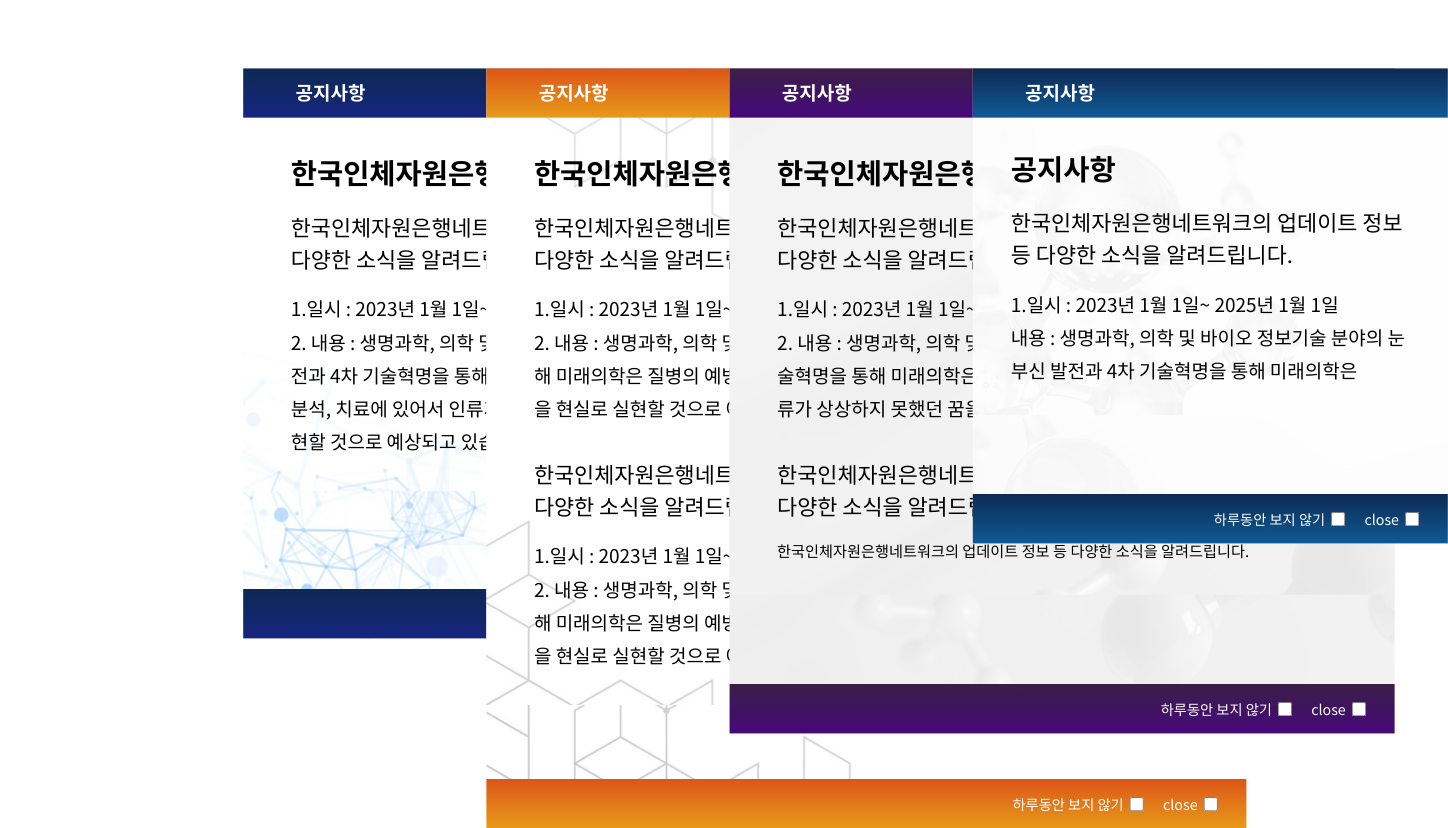
Repository: dlgywls1130/common_popup
Page: index.html
An editor plug-in stored every save of this project. The page is shown before and after the next save, followed by the edit.
The browser window is 1280 px wide. The page is 1524 px wide, then 1280 px, so the pictures cover 1524 px, including what lies to the right of the window. The pictures show the whole page, at 95% of full size.

Above is the page before, as saved 2023-10-26 00:48:21.

### index.html
<!DOCTYPE html>
<html lang="en">
<head>
    <meta charset="UTF-8">
    <meta name="viewport" content="width=device-width, initial-scale=1.0">
    <title>Document</title>

    <link rel="stylesheet" href="./style.css">
</head>
<body>

    <!-- 첫번째 팝업 -->
    <div class="common_modal blue">
        <div class="common_head ">
            공지사항
        </div>
        <div class="common_body">
            <h2 class="common_body_head">
                한국인체자원은행네트워크 공지사항
            </h2>
            <div class="common_body_span">
                한국인체자원은행네트워크의 업데이트 정보 등
                <br>다양한 소식을 알려드립니다.
            </div>
            <div class="common_body_descript">
                <p>1.일시 : 2023년 1월 1일~ 2025년 1월 1일</p>
                <p>2. 내용 : 생명과학, 의학 및 바이오 정보기술 분야의 눈부신
                발전과 4차 기술혁명을 통해 미래의학은 질병의 예방, 진단,
                예후분석, 치료에 있어서 인류가 상상하지 못했던 꿈을 현실로
                실현할 것으로 예상되고 있습니다.</p>
            </div>
        </div>
        <div class="common_footer">
            <div class="day_off">
                <label for="all-none">하루동안 보지 않기</label>
                <input id="all-none" type="checkbox">
            </div>
            <div class="day_close">
                <label for="closechk">close</label>
                <input id="closechk" type="checkbox">
            </div>
        </div>
    </div>

    <!-- 두번째 팝업 -->
    <div class="common_modal orange">
        <div class="common_head">
            공지사항
        </div>
        <div class="common_body">
            <h2 class="common_body_head">
                한국인체자원은행네트워크 공지사항
            </h2>
            <div class="common_body_span">
                한국인체자원은행네트워크의 업데이트 정보 등
                <br>다양한 소식을 알려드립니다.
            </div>
            <div class="common_body_descript mb-34">
                <p>1.일시 : 2023년 1월 1일~ 2025년 1월 1일</p>
                <p>2. 내용 : 생명과학, 의학 및 바이오 정보기술 분야의 눈부신
                발전과 4차 기술혁명을 통해 미래의학은 질병의 예방, 진단,
                예후분석, 치료에 있어서 인류가 상상하지 못했던 꿈을 현실로
                실현할 것으로 예상되고 있습니다.</p>
            </div>
            <div class="common_body_span">
                한국인체자원은행네트워크의 업데이트 정보 등
                <br>다양한 소식을 알려드립니다.
            </div>
            <div class="common_body_descript">
                <p>1.일시 : 2023년 1월 1일~ 2025년 1월 1일</p>
                <p>2. 내용 : 생명과학, 의학 및 바이오 정보기술 분야의 눈부신
                발전과 4차 기술혁명을 통해 미래의학은 질병의 예방, 진단,
                예후분석, 치료에 있어서 인류가 상상하지 못했던 꿈을 현실로
                실현할 것으로 예상되고 있습니다.</p>
            </div>
        </div>
        <div class="common_footer">
            <div class="day_off">
                <label for="all-none">하루동안 보지 않기</label>
                <input id="all-none" type="checkbox">
            </div>
            <div class="day_close">
                <label for="closechk">close</label>
                <input id="closechk" type="checkbox">
            </div>
        </div>
    </div>

    <!-- 세번째팝업 -->
    <div class="common_modal purple">
        <div class="common_head">
            공지사항
        </div>
        <div class="common_body">
            <h2 class="common_body_head">
                한국인체자원은행네트워크 공지사항
            </h2>
            <div class="common_body_span">
                한국인체자원은행네트워크의 업데이트 정보 등
                <br>다양한 소식을 알려드립니다.
            </div>
            <div class="common_body_descript mb-34">
                <p>1.일시 : 2023년 1월 1일~ 2025년 1월 1일</p>
                <p>2. 내용 : 생명과학, 의학 및 바이오 정보기술 분야의 눈부신
                발전과 4차 기술혁명을 통해 미래의학은 질병의 예방, 진단,
                예후분석, 치료에 있어서 인류가 상상하지 못했던 꿈을 현실로
                실현할 것으로 예상되고 있습니다.</p>
            </div>
            <div class="common_body_span">
                한국인체자원은행네트워크의 업데이트 정보 등
                <br>다양한 소식을 알려드립니다.
            </div>
            <p>한국인체자원은행네트워크의 업데이트 정보 등 다양한 소식을
                알려드립니다.</p>
        </div>
        <div class="common_footer">
            <div class="day_off">
                <label for="all-none">하루동안 보지 않기</label>
                <input id="all-none" type="checkbox">
            </div>
            <div class="day_close">
                <label for="closechk">close</label>
                <input id="closechk" type="checkbox">
            </div>
        </div>
    </div>

    <!-- 네번째 팝업 -->
    <div class="common_modal sky">
        <div class="common_head">
            공지사항
        </div>
        <div class="common_body">
            <h2 class="common_body_head">
                공지사항
            </h2>
            <div class="common_body_span mb-34">
                한국인체자원은행네트워크의 업데이트 정보 등
                다양한 소식을 알려드립니다.
            </div>
            <div class="common_body_descript">
                <p>1.일시 : 2023년 1월 1일~ 2025년 1월 1일</p>
                <p>내용 : 생명과학, 의학 및 바이오 정보기술 분야의
                    눈부신 발전과 4차 기술혁명을 통해 미래의학은</p>
            </div>
        </div>
        <div class="common_footer">
            <div class="day_off">
                <label for="all-none">하루동안 보지 않기</label>
                <input id="all-none" type="checkbox">
            </div>
            <div class="day_close">
                <label for="closechk">close</label>
                <input id="closechk" type="checkbox">
            </div>
        </div>
    </div>
</body>

<script src="main.js"></script>
</html>

### style.css


@import url('https://fonts.googleapis.com/css2?family=Noto+Sans+KR:wght@300;400;500;700&display=swap');

html, body, div, span, applet, object, iframe,
h1, h2, h3, h4, h5, h6, p, blockquote, pre,
a, abbr, acronym, address, big, cite, code,
del, dfn, em, img, ins, kbd, q, s, samp,
small, strike, strong, sub, sup, tt, var,
b, u, i, center,
dl, dt, dd, ol, ul, li,
fieldset, form, label, legend,
table, caption, tbody, tfoot, thead, tr, th, td,
article, aside, canvas, details, embed,
figure, figcaption, footer, header, hgroup,
menu, nav, output, ruby, section, summary,
time, mark, audio, video {
	margin: 0;
	padding: 0;
	border: 0;
	font-size: 100%;
	font: inherit;
	vertical-align: baseline;
}

.mb-34{margin-bottom: 34px;}

/* common modal */

.common_modal{
    font-family: 'Noto Sans KR', sans-serif;
    position: relative;
    display: block;

    position: absolute;
    top: 10%;
}

.common_modal .common_head{
    height: 52px;
    color: #fff;
    width: 100%;
    text-align: left;
    font-size: 20px;
    font-weight: 700;
    padding: 10px 55px;
    box-sizing: border-box;
}

.common_modal.blue {
    width: 600px;
    height: 600px;
    background: url('../img/bg1.jpg')no-repeat;
    background-size: cover;
    left: 20%;
}

.common_modal.orange {
    width: 800px;
    height: 800px;
    background: url('../img/bg2.jpg')no-repeat;
    background-size: cover;
    left: 40%;
}

.common_modal.purple {
    width: 700px;
    height: 700px;
    background: url('../img/bg3.jpg')no-repeat;
    background-size: cover;
    left: 60%;
}

.common_modal.sky {
    width: 500px;
    height: 500px;
    background: url('../img/bg4.jpg')no-repeat;
    background-size: cover;
    left: 80%;
}

.common_modal.blue .common_body{
    background: url('../img/bg1.jpg')no-repeat;
    background-size: cover;
    width: 100%;
    padding: 35px 50px;
    box-sizing: border-box;
}

.common_modal.orange .common_body{
    background: url('../img/bg2.jpg')no-repeat;
    background-size: cover;
    width: 100%;
    padding: 35px 50px;
    box-sizing: border-box;
}

.common_modal.purple .common_body{
    background: url('../img/bg3.jpg')no-repeat;
    background-size: cover;
    width: 100%;
    padding: 35px 50px;
    box-sizing: border-box;
}

.common_modal.sky .common_body{
    background: url('../img/bg4.jpg')no-repeat;
    background-size: cover;
    width: 100%;
    padding: 30px 40px;
    box-sizing: border-box;
}

.common_footer{
    position: absolute;
    bottom: 0;
    left: 0;
    width: 100%;
    height: 52px;
    display: flex;
    align-items: center;
    justify-content: flex-end;
    padding: 20px 30px;
    box-sizing: border-box;
}

.common_footer .day_off label,
.common_footer .day_close label{
    color: #fff;
    font-size: 15px;
    font-weight: 300;
    margin-right: 0.4rem;

}

.common_footer .day_off{
    margin-right: 20px;
    display: flex;
    align-items: center;
}

.common_footer .day_close {
    display: flex;
    align-items: center;
}

.common_footer input[type="checkbox" i] {
    width: 15px;
    height: 15px;
    background-color: #fff;
    border: none;
    margin: 0;
}

.common_modal.blue .common_head,
.common_modal.blue .common_footer
{
    background: linear-gradient(180deg, rgba(13,41,83,1) 0%, rgba(22,37,128,1) 100%);
}

.common_modal.orange .common_head,
.common_modal.orange .common_footer
{
    background: linear-gradient(180deg, rgba(221,85,25,1) 0%, rgba(230,155,24,1) 100%);
}

.common_modal.purple .common_head,
.common_modal.purple .common_footer
{
    background: linear-gradient(180deg, rgba(59,31,71,1) 0%, rgba(69,8,123,1) 100%);
}

.common_modal.sky .common_head,
.common_modal.sky .common_footer
{
    background: linear-gradient(180deg, rgba(13,41,83,1) 0%, rgba(15,91,149,1) 100%);
}


.common_body_head{
    font-size: 30px;
    font-weight: 700;
    margin-bottom: 18px;
}

.common_body_span{
    font-size: 23px;
    font-weight: 500;
    margin-bottom: 18px;
    line-height: 34px;
}

.common_body_descript p{
    font-size: 20px;
    line-height: 35px;
    font-weight: 300;
}

### main.js
// 팝업 닫기 기능
document.querySelectorAll('.day_close input').forEach((closeBtn, index) => {
    closeBtn.addEventListener('change', function() {
        if (this.checked) {
            this.closest('.common_modal').style.display = 'none';
            this.checked = false; // 체크를 해제합니다.
            sessionStorage.removeItem('hideModal' + index); // 해당 팝업의 세션스토리지 정보를 삭제합니다.
        }
    });
});

// 쿠키 설정 함수
function setCookie(name, value, hours) {
    let date = new Date();
    date.setTime(date.getTime() + (hours*60*60*1000));
    let expires = "expires="+date.toUTCString();
    document.cookie = name + "=" + value + ";" + expires + ";path=/";
}

// 쿠키 가져오기 함수
function getCookie(name) {
    let cookieArray = document.cookie.split(';');
    for(let i = 0; i < cookieArray.length; i++) {
        let cookie = cookieArray[i].trim();
        if (cookie.indexOf(name) == 0) {
            return cookie.substring(name.length + 1, cookie.length);
        }
    }
    return "";
}

document.querySelectorAll('.day_off input').forEach((dayOffBtn, index) => {
    dayOffBtn.addEventListener('change', function() {
        if (this.checked) {
            setCookie('hideModal' + index, 'true', 24); // 24시간 동안 쿠키 설정
            this.closest('.common_modal').style.display = 'none';
        }
    });

    if (getCookie('hideModal' + index) === 'true') {
        dayOffBtn.closest('.common_modal').style.display = 'none';
    } else {
        dayOffBtn.closest('.common_modal').style.display = 'block';
    }
});

After the next save:
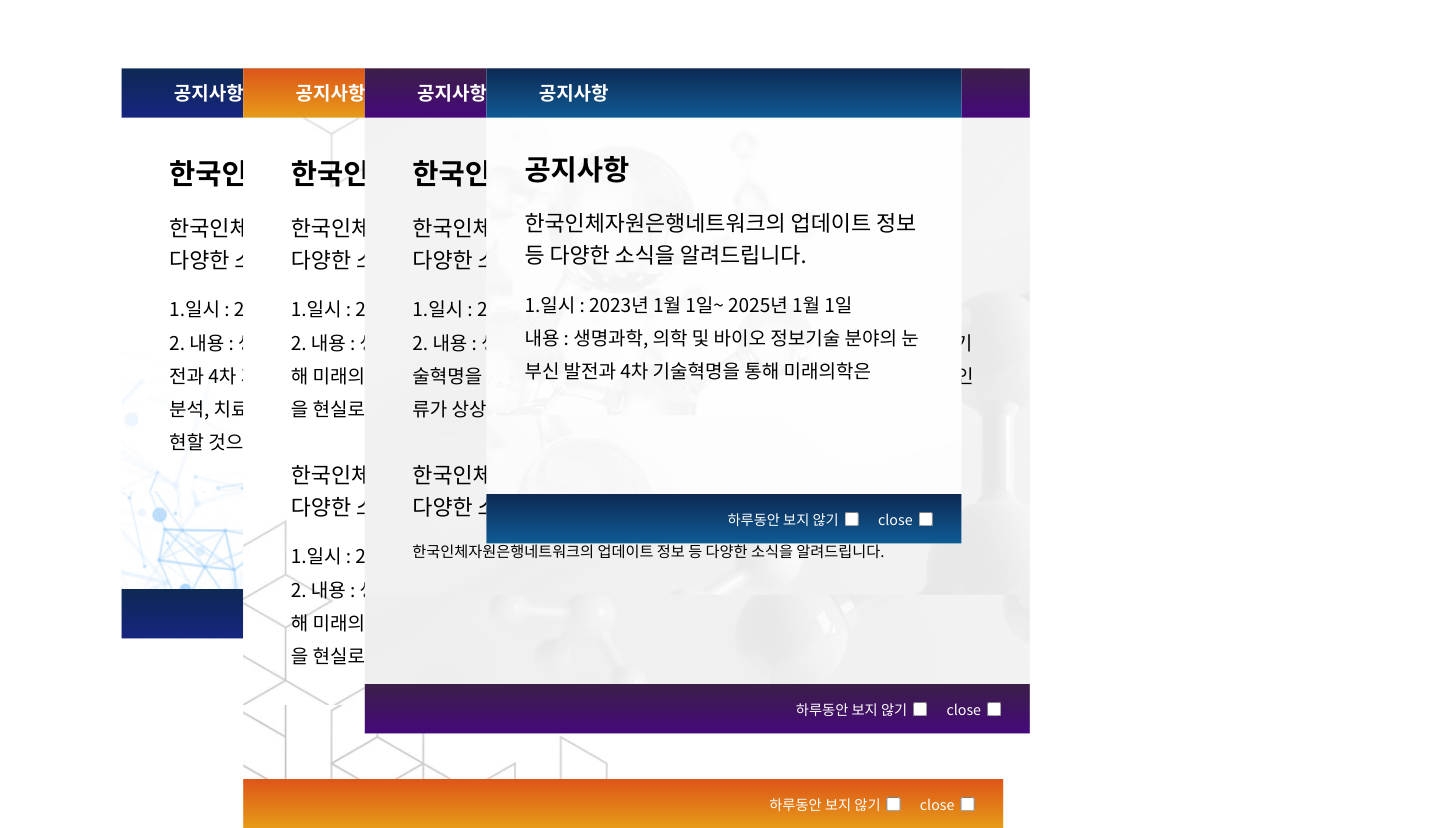
Saved 28 s later.
--- a/style.css
+++ b/style.css
@@ -52,7 +52,7 @@
     height: 600px;
     background: url('../img/bg1.jpg')no-repeat;
     background-size: cover;
-    left: 20%;
+    left: 10%;
 }
 
 .common_modal.orange {
@@ -60,7 +60,7 @@
     height: 800px;
     background: url('../img/bg2.jpg')no-repeat;
     background-size: cover;
-    left: 40%;
+    left: 20%;
 }
 
 .common_modal.purple {
@@ -68,7 +68,7 @@
     height: 700px;
     background: url('../img/bg3.jpg')no-repeat;
     background-size: cover;
-    left: 60%;
+    left: 30%;
 }
 
 .common_modal.sky {
@@ -76,7 +76,7 @@
     height: 500px;
     background: url('../img/bg4.jpg')no-repeat;
     background-size: cover;
-    left: 80%;
+    left: 40%;
 }
 
 .common_modal.blue .common_body{
